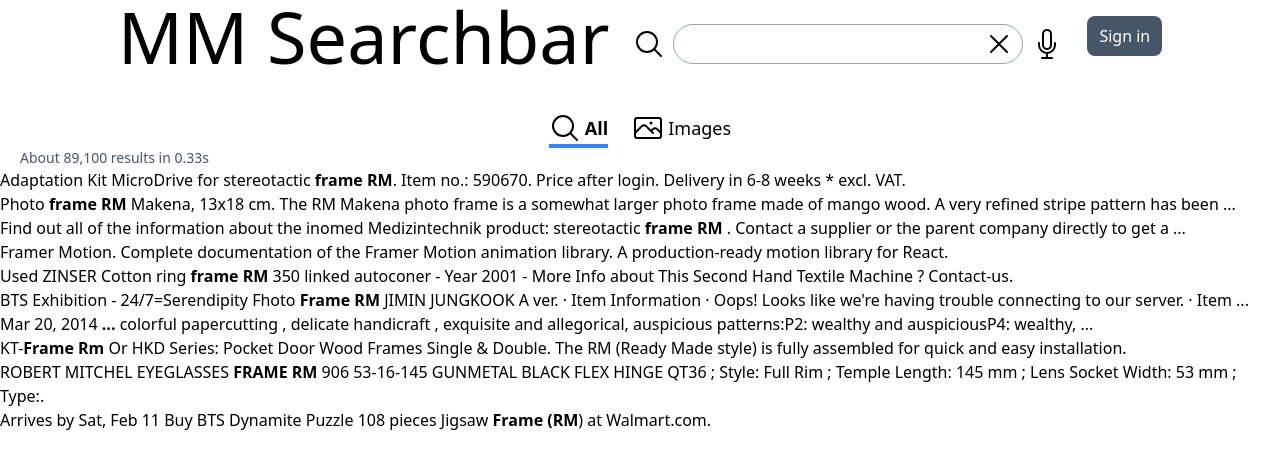
Repository: michalmilek/minigoogle
Page: /search
These files come from the project's save history. The page is drawn as it stood at one moment and after the next save; the edit follows.
The browser window is 1280 px wide. The pictures show the whole page.
The page's requests for data from a server got no answer. The project was rebuilt for these pictures with package versions that can differ from the ones it lists, and the page was loaded fresh each time. The framework's server and built-in components were replaced by stand-ins that run in the browser. No one was signed in, and anything a server would have sent is missing. Also part of the build but not shown: next.config.js, Response.ts.

Above is the page before, as saved 2023-02-14 01:42:58.

After the next save:
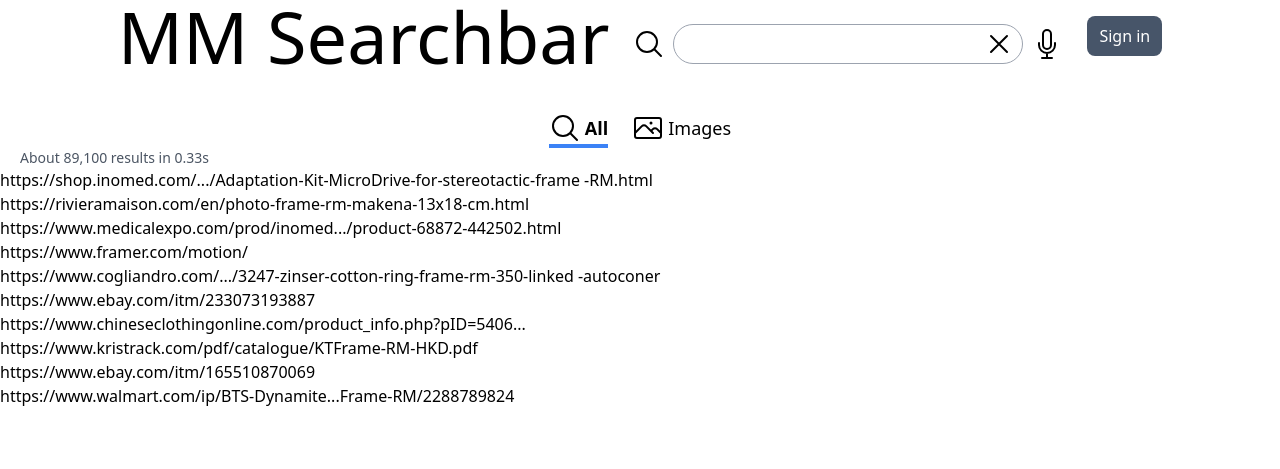
Saved 3 min 13 s later.
--- a/components/SearchResults.tsx
+++ b/components/SearchResults.tsx
@@ -10,7 +10,7 @@
       </p>
       {results.items.map((result): any => (
         <div key={result.link}>
-          <p>{Parser(result.htmlSnippet)}</p>
+          <a href={result.link}>{result.formattedUrl}</a>
         </div>
       ))}
     </div>
